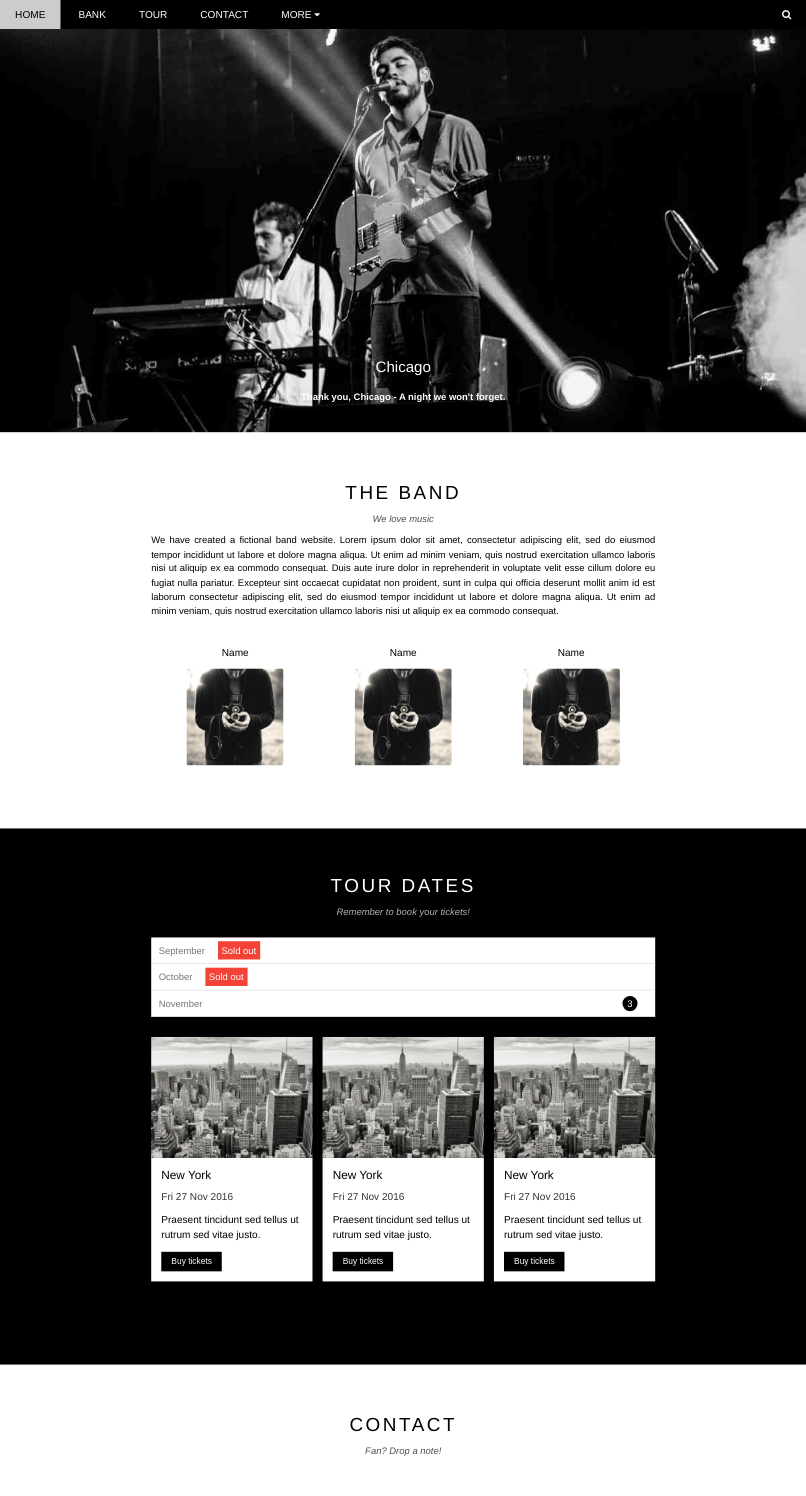
Repository: vuongtm1999/TheBand_W3School
Page: index.html
These files come from the project's save history. The page is drawn as it stood at one moment and after the next save; the edit follows.
The browser window is 1280 px wide. The pictures show the whole page, at 63% of full size.

Above is the page before, as saved 2022-08-28 09:17:17.

### index.html
<!DOCTYPE html>
<html lang="en">
<head>
    <meta charset="UTF-8">
    <meta http-equiv="X-UA-Compatible" content="IE=edge">
    <meta name="viewport" content="width=device-width, initial-scale=1.0">
    <title>Document</title>
    <link rel="stylesheet" href="./assets/css/style.css">
    <link rel="stylesheet" href="https://cdnjs.cloudflare.com/ajax/libs/font-awesome/4.7.0/css/font-awesome.min.css">

</head>
<body>
        <div id="header">
            <!-- begin: nav -->
            <ul id="nav">
                <li><a href="#">Home</a></li>
                <li><a href="#">Bank</a></li>
                <li><a href="#">Tour</a></li>
                <li><a href="#">Contact</a></li>
                <li>
                    <a href="#">More <i style="font-size: 15px;" class="fa fa-caret-down"></i></a>
                    <ul class="subnav">
                        <li><a href="#">Merchandise</a></li>
                        <li><a href="#">Extras</a></li>
                        <li><a href="#">Media</a></li>
                    </ul>
                </li>
            </ul>
            <!-- end: nav -->

            <!-- begin: search button -->
            <div class="search-button">
                <i class="fa fa-search"></i>
            </div>
            <!-- end: search button -->
        </div>

        <div id="slider">
            <div class="text-content">
                <div class="container">
                    <h3 class=text-heading>
                        Chicago
                    </h3>
                    <div class="text-description">
                        Thank you, Chicago - A night we won't forget.
                    </div>
                </div>
            </div>
        </div>

        <div id="content">
            <!-- about section -->
            <div class="content-section">
                <h2 class="section-heading">THE BAND</h2>
                <p class="section-sub-heading">We love music</p>
                <p class="section-about-text">We have created a fictional band website. Lorem ipsum dolor sit amet, consectetur adipiscing elit, sed do eiusmod tempor incididunt ut labore et dolore magna aliqua. Ut enim ad minim veniam, quis nostrud exercitation ullamco laboris nisi ut aliquip ex ea commodo consequat. Duis aute irure dolor in reprehenderit in voluptate velit esse cillum dolore eu fugiat nulla pariatur. Excepteur sint occaecat cupidatat non proident, sunt in culpa qui officia deserunt mollit anim id est laborum consectetur adipiscing elit, sed do eiusmod tempor incididunt ut labore et dolore magna aliqua. Ut enim ad minim veniam, quis nostrud exercitation ullamco laboris nisi ut aliquip ex ea commodo consequat.</p>

                <div class="member-list">

                    <div class="col col-third">
                        <p class="member-name">Name</p>
                        <img class="member-image" src="assets/img/bandmember.jpg" alt="member">
                    </div>

                    <div class="col col-third">
                        <p class="member-name">Name</p>
                        <img class="member-image" src="assets/img/bandmember.jpg" alt="member">
                    </div>

                    <div class="col col-third">
                        <p class="member-name">Name</p>
                        <img class="member-image" src="assets/img/bandmember.jpg" alt="member">
                    </div>

                    <div class="clearFloat"></div>
                </div>
            </div>

            <!-- TOUR DATES section -->
            <div class="tour-section">
                <div class="content-section">
                    <h2 class="section-heading">TOUR DATES</h2>
                    <p class="section-sub-heading">Remember to book your tickets!</p>

                    <br>

                    <ul class="ticket-list">
                        <li>September <span class="soldout">Sold out</span></li>
                        <li>October <span class="soldout">Sold out</span></li>
                        <li>November <span class="quantity">3</span></li>
                    </ul>

                    <div class="row place-ticket">

                        <div class="col col-third">
                            <img src="assets/img/place/newyork.jpg" alt="img-ticket" class="place-img">
                            <div class="place-body">
                                <h3 class="place-city">New York</h3>
                                <p class="place-time">Fri 27 Nov 2016</p>
                                <p class="place-description">Praesent tincidunt sed tellus ut rutrum sed vitae justo.</p>
                                <button class="place-buy-tickets js-buy-ticket">Buy tickets</button>
                            </div>
                        </div>

                        <div class="col col-third">
                            <img src="assets/img/place/newyork.jpg" alt="img-ticket" class="place-img">
                            <div class="place-body">
                                <h3 class="place-city">New York</h3>
                                <p class="place-time">Fri 27 Nov 2016</p>
                                <p class="place-description">Praesent tincidunt sed tellus ut rutrum sed vitae justo.</p>
                                <button class="place-buy-tickets js-buy-ticket">Buy tickets</button>
                            </div>
                        </div>

                        <div class="col col-third">
                            <img src="assets/img/place/newyork.jpg" alt="img-ticket" class="place-img">
                            <div class="place-body">
                                <h3 class="place-city">New York</h3>
                                <p class="place-time">Fri 27 Nov 2016</p>
                                <p class="place-description">Praesent tincidunt sed tellus ut rutrum sed vitae justo.</p>
                                <button class="place-buy-tickets js-buy-ticket">Buy tickets</button>
                            </div>
                        </div>

                        <div class="clearFloat"></div>
                    </div>
                </div>
            </div>



            <!-- CONTACT section -->
            <div class="content-section">
                <h2 class="section-heading">CONTACT</h2>
                <p class="section-sub-heading">Fan? Drop a note!</p>
            </div>

        </div>

        <!-- Modal dialog -->
        <div class="modal js-modal">
            <div class="modal-container js-modal-container">
                <i class="fa fa-times close-icon js-close-icon" aria-hidden="true"></i>
                <header class="modal-header">
                    <i class="fa fa-suitcase mr-5"></i>
                     Tickets
                </header>
                <div class="modal-body">
                    <label for="quantity-sticket" class="modal-label">
                        <i class="fa fa-shopping-cart" aria-hidden="true"></i>
                        Tickets, $15 per person
                    </label>
                    <input type="text" id="quantity-sticket" class="quantity-sticketet" placeholder="How many?">

                    <label for="send-to-sticket" class="modal-label">
                        <i class="fa fa-user" aria-hidden="true"></i>
                        Send to
                    </label>
                    <input type="text" id="send-to-sticket" class="send-to-sticket" placeholder="Enter email" class=placeholder="Enter email">

                    <button id="btn-pay" class="btn-pay">PAY <i class="fa fa-check" aria-hidden="true"></i></button>
                </div>

                <div class="modal-footer">
                    <button class="btn-close js-close-btn">Close <i class="fa fa-times" aria-hidden="true"></i></button>

                    <div class="modal-text-help">Need <a href="#" id="btn-help">help?</a></div>
                </div>
            </div>
        </div>

        <div id="footer">

        </div>
    </div>

    <script>
        const buyBtns = document.querySelectorAll('.js-buy-ticket');
        const modal = document.querySelector('.js-modal');
        const closeBtn = document.querySelector('.js-close-btn');
        const closeIcon = document.querySelector('.js-close-icon');
        const modalContainer = document.querySelector('.js-modal-container');

        function showTicketDialog(){
            modal.classList.add('modal-open')
        }

        function hideTicketDialog(){
            modal.classList.remove('modal-open')
        }

        for(const buyBtn of buyBtns){
            buyBtn.addEventListener('click', showTicketDialog);
        }

        closeBtn.addEventListener('click', hideTicketDialog);
        closeIcon.addEventListener('click', hideTicketDialog);

        //Dong khi click ra ngoai modal
        modal.addEventListener('click', hideTicketDialog);
        modalContainer.addEventListener('click', function(even) {
            even.stopPropagation()
        });

        // buyBtns.forEach(function (buyBtn) {
        //     buyBtn.addEventListener('click', showTicketDialog())
        // })
    </script>
</body>
</html>

### assets/css/style.css
/* reset CSS */
* {
    margin: 0;
    padding: 0;
    box-sizing: border-box;
}

html {
    font-family: Helvetica, Arial, sans-serif;
}

#nav, .subnav, li{
    list-style-type: none;
}

#nav{
    display: inline-block;
}

/* Common */
.clearFloat{
    /* Khac phuc khi dung float :left */
    clear: both;
}

.row{
    margin-left: -8px;
    margin-right: -8px;
}

.col{
    float: left;
    padding-left: 8px;
    padding-right: 8px;
}

.col-half{
    width: 50%;
}

.col-third{
    width: 33.3333%;
}

.text-center{
    text-align: center;
}

/*
Nguyen tac lam viec
1. Vi tri
2. Kich thuoc
3. Mau sac
4. Kieu dang (kieu chu, hinh tron hay hinh vuong,...)
*/

/*
Tu ngoai vao trong
Tu tren xuong duoi
TU tong quan den chi tiet
 */

#main {}

#header {
    position: fixed;
    z-index: 1;
    height: 46px;
    background-color: #000;
    color: #fff;
    top: 0;
    left: 0;
    right: 0;
}

#nav li {
    text-decoration: none;
    line-height: 46px;
}

a{
    text-decoration: none;
}

#nav > li > a {
    /* display: inline-block; */
    padding: 0px 24px;
    color: #ffffff;
    text-transform: uppercase;
}

#nav > li {
    display: inline-block;
}

#nav li:last-child {
    position: relative;
}

#nav .subnav {
    background-color: #fff;
    position: absolute;
    display: none;
    top: 100%;
    left: 0;
    box-shadow:  0px 0px 10px rgba(0, 0, 0, 0.3);
    min-width: 160px;
}

#nav .subnav a{
    color: #000;
    padding: 0px 12px;
    line-height: 30px;
    display: inline-block;
    width: 100%;
}

#nav .subnav li:hover,
#nav > li:hover > a {
    color: #000;
    background-color: #ccc;
    display: block;
}

#nav > li:last-child:hover .subnav{
    display: block;
}

/* search btn */
#header .search-button{
    float: right;
    line-height: 46px;
    padding: 0 24px;
}

#header .search-button:hover{
    background-color: #f44336;
    cursor: pointer;
}

#slider {
    /* background-color: rgb(27, 22, 22); */
    margin-top: 46px;
/* padding-top bang 50% chieu rong cua thanh phan do */
    padding-top: 50%;
    position: relative;
    background: url("/assets/img/chicago.jpg") top center / cover no-repeat;
}

#slider .text-content{
    position: absolute;
    color: white;
    bottom: 48px;

    /* cach 1 */
    /* left: 50%;
    transform: translateX(-50%); */
    /* cach 2 */
    /* left: 0;
    right: 0; */
    /* cach 3 */
    width: 100%;
    text-align: center;
}

.text-heading{
    font-size: 24px;
    font-weight: 400;
}

.text-description{
    margin-top: 25px;
    font-weight: bolder;
    font-size: 15px;
}

#content .content-section{
    width: 800px;
    padding: 64px 0;
    margin-left: auto;
    margin-right: auto;
}

.content-section .section-heading,
.content-section .section-about-text{
    margin: 15px 0px;
}

.content-section .section-heading,
.content-section .section-sub-heading{
    text-align: center;
}

.content-section .section-sub-heading{
    font-size: 15px;
    opacity: 0.7;
    font-style: italic;
}

.content-section .section-heading{
    font-size: 30px;
    font-weight: 500;
    letter-spacing: 4px;
}

.content-section .section-about-text{
    /* line-height khong co px */
    line-height: 1.5;
    font-size: 15px;
    text-align: justify;
}

.content-section .member-list{
    margin: 32px 0;
    text-align: center;
    /* Khac phuc khi dung float :left */
    /* overflow: hidden; */
}

.content-section .member-name{
    /* text-align: center; */
}

.content-section .member-name{
    margin: 15px 0;
}

.content-section .member-image{
    width: 154px;
    border-radius: 4px;
}

/* Tour section */
.tour-section{
    background-color: #000;
    min-height: 851px;
}

/*  begin: tour section */
.tour-section .section-heading,
.tour-section .section-sub-heading{
    color: white !important;
}

.tour-section .section-heading{
    margin: 10px 0;
}

.tour-section .section-sub-heading{
    margin: 15px 0;
}

.ticket-list{
    background-color: white;
}

.ticket-list > li{
    font-size: 15px;
    padding: 12px;
    border-bottom: 1px solid #ddd;
    color: #757575;
}

.soldout{
    background-color: #f44336;
    padding: 6px;
    margin-left: 16px;
    color: #fff;
}

.quantity{
    float: right;
    margin-right: 16px;
    background-color: #000;
    width: 24px;
    height: 24px;
    border-radius: 50%;
    color: white;
    text-align: center;
    line-height: 24px;
    margin-top: -3px;
}

/* place-ticket */
.place-ticket{
    /* margin-top: 32px; */
    padding-top: 32px;
    margin-left: -8px;
    margin-right: -8px;
}

.place-item{
    float: left;
    width: 33.3333%;
    padding: 0 8px;
}

.place-img{
    width: 100%;
    display: block;
}

.place-img:hover{
    opacity: 0.7;
}

.place-body{
    background-color: white;
    color: rgb(1, 1, 1);
    padding: 16px;
}

.place-city{
    font-weight: 550;
}

.place-time{
    opacity: 0.8;
    margin: 15px 0;
}

.place-description{
    margin: 15px 0;
    line-height: 1.5;
}

.place-buy-tickets{
    background-color: #000;
    padding: 8px 16px;
    color: white;
    display: inline-block;
    border: none;
}

.place-buy-tickets:hover{
    background-color: #ccc;
    color: #000;
}

/* modal dialog */
.modal{
    position: fixed;
    background-color: rgba(0, 0, 0, 0.3);
    top: 0;
    left: 0;
    right: 0;
    bottom: 0;

    /* display: flex; */
    align-items: center;
    justify-content: center;

    display: none;
}

.modal-open{
    display: flex !important;
}

.modal-container{
    background-color: #fff;
    width: 900px;
    min-height: 473px;
    position: relative;

    /* reponsive */
    max-width: calc(100% - 32px);
}

.modal-header {
    height: 129px;
    background-color: #009688;
    display: flex;
    align-items: center;
    justify-content: center;
    letter-spacing: 4px;
    font-weight: 400;
    font-size: 30px;
    color: #fff;
}

.mr-5{
    margin-right: 16px;
}
.close-icon{
    position: absolute;
    top: 0;
    right: 0;
    padding: 12px;
    color: #fff;
}

.close-icon:hover{
    background-color: #ccc;
    color: #000
}

.modal-body {
    padding: 0 16px;
}

.modal-label{
    display: block;
    margin: 18px 0 8px 0;
}

.quantity-sticketet,
.send-to-sticket{
    border: 1px solid #ccc;
    padding: 8px;
    font-size: 15px;
    width: 100%;
}

.btn-pay{
    margin: 16px 0;
    width: 100%;
    background-color: #009688;
    padding: 18px;
    color: #fff;
    border: none;
    font-size: 15px;
    text-transform: uppercase;
}

.btn-pay:hover{
    background-color: #ccc;
    color: #000;
    cursor: pointer;
}

.modal-footer{
    padding: 0 18px;
    margin: 16px 0;
}

.modal-text-help{
    float: right;
}

.btn-close{
    padding: 12px 16px;
    font-size: 15px;
    color: #fff;
    background-color: #f44336;
    border: none;
}

.btn-close:hover{
    cursor: pointer;
    background-color: #ccc;
    color: #000;
}

#btn-help{
    text-decoration: underline !important;
    color: #2196F3;
}



#container {
    /* height: 500px;
    background-color: #ccc; */
}

#content {}

#footer {}

After the next save:
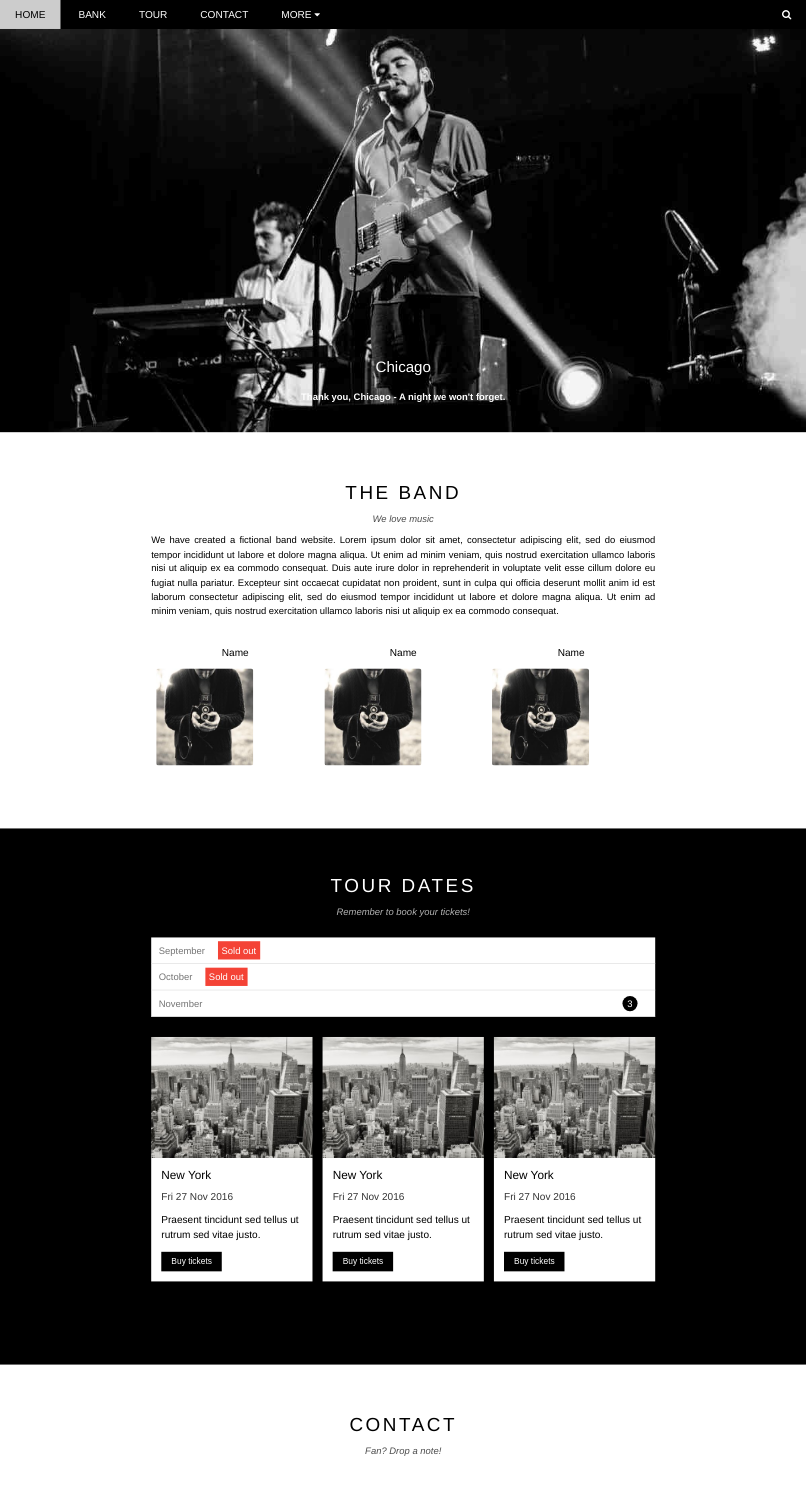
Saved 23 s later.
--- a/assets/css/style.css
+++ b/assets/css/style.css
@@ -212,13 +212,13 @@
 
 .content-section .member-list{
     margin: 32px 0;
-    text-align: center;
+    /* text-align: center; */
     /* Khac phuc khi dung float :left */
     /* overflow: hidden; */
 }
 
 .content-section .member-name{
-    /* text-align: center; */
+    text-align: center;
 }
 
 .content-section .member-name{

After the save that followed:
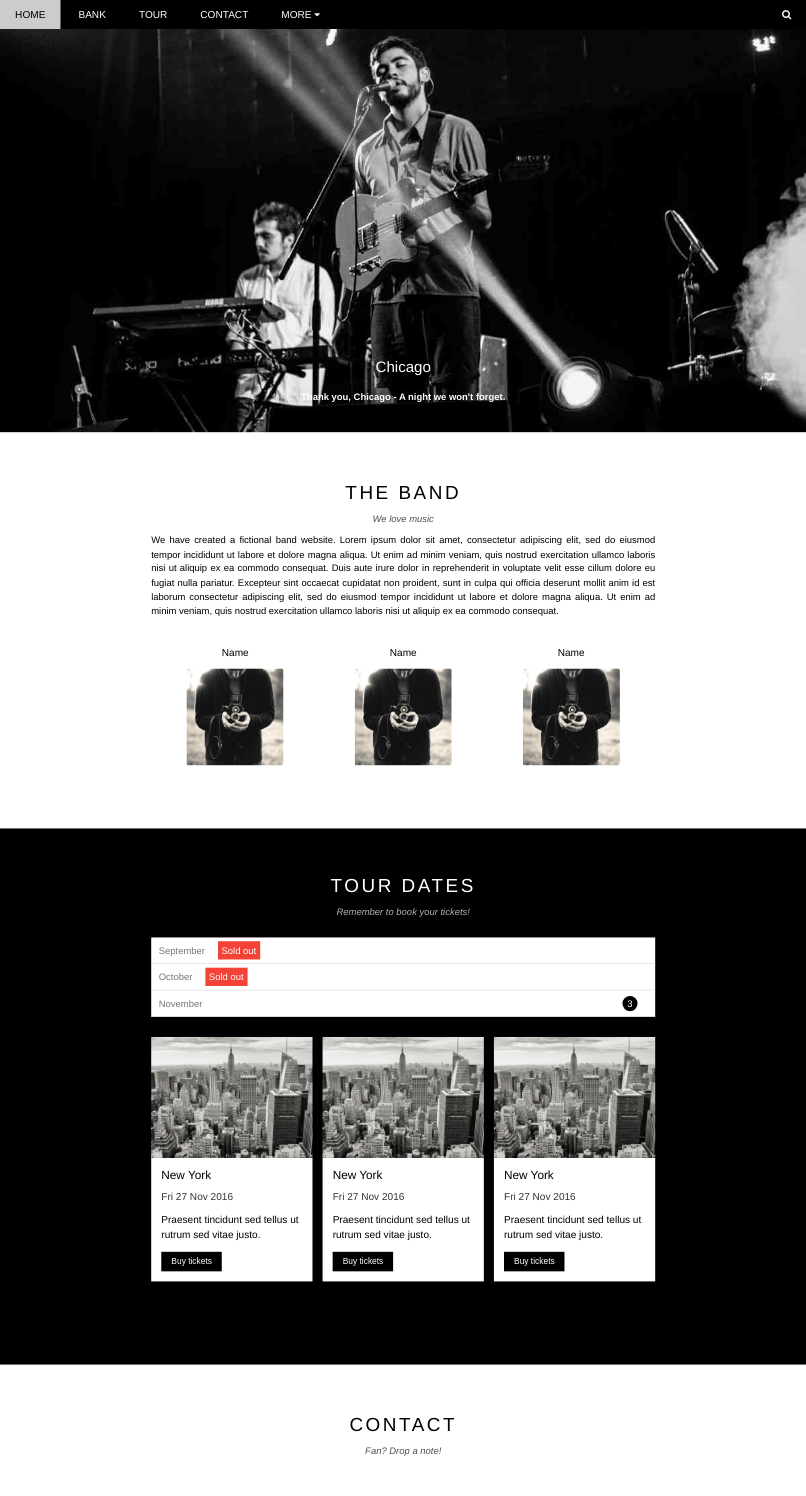
Saved 7 s later.
--- a/assets/css/style.css
+++ b/assets/css/style.css
@@ -212,13 +212,13 @@
 
 .content-section .member-list{
     margin: 32px 0;
-    /* text-align: center; */
+    text-align: center;
     /* Khac phuc khi dung float :left */
     /* overflow: hidden; */
 }
 
 .content-section .member-name{
-    text-align: center;
+    /* text-align: center; */
 }
 
 .content-section .member-name{
